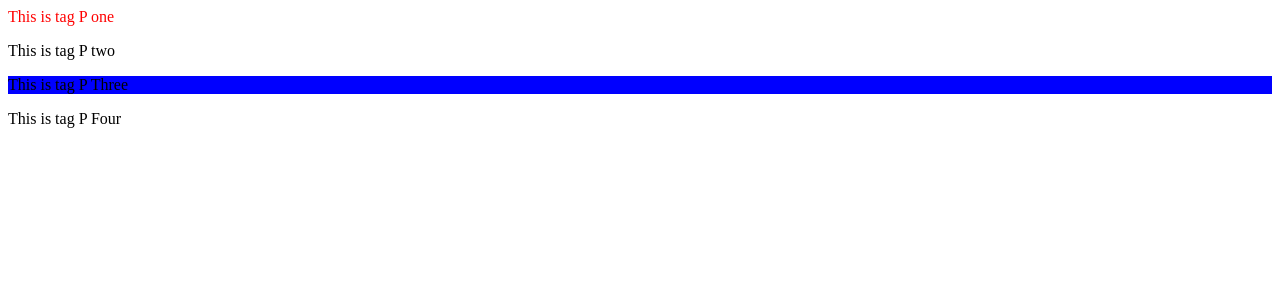
Repository: VDHBK/Learn-JS
Page: JS-Huy/DOM/Selector_TagName.html
The author's editor kept a copy of each file at every save. The page is drawn from the files as they stood at one save, then again after the next save.
The browser window is 1280 px wide. The pictures show the whole page.

Above is the page before, as saved 2020-10-16 02:35:37.

After the next save:
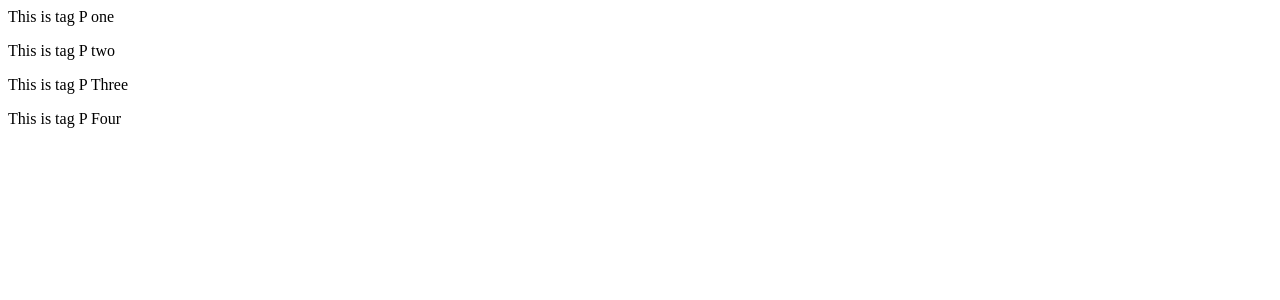
Saved 6 h 32 min later.
--- a/JS-Huy/DOM/Selector_TagName.html
+++ b/JS-Huy/DOM/Selector_TagName.html
@@ -10,8 +10,9 @@
 
         <script>
             let tagObject = document.getElementsByTagName("p");
-            tagObject[0].style.color = "red";
-            tagObject[2].style.backgroundColor = "blue";
+
+            // tagObject[0].style.color = "red";
+            // tagObject[2].style.backgroundColor = "blue";
 		</script>
 	</body>
 </html>

After the 2 saves that followed:
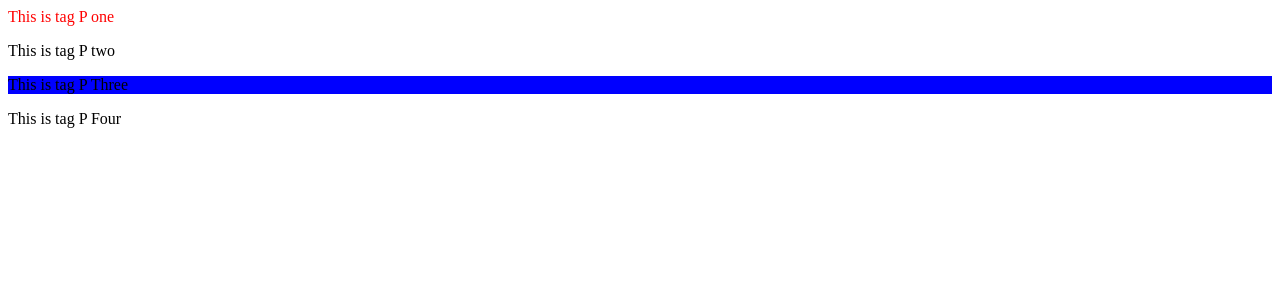
The 2 saves are shown as one change because 1 left the picture as it was.
The last was saved 82 s later.
--- a/JS-Huy/DOM/Selector_TagName.html
+++ b/JS-Huy/DOM/Selector_TagName.html
@@ -11,8 +11,8 @@
         <script>
             let tagObject = document.getElementsByTagName("p");
 
-            // tagObject[0].style.color = "red";
-            // tagObject[2].style.backgroundColor = "blue";
+            tagObject[0].style.color = "red";
+            tagObject[2].style.backgroundColor = "blue";
 		</script>
 	</body>
 </html>
